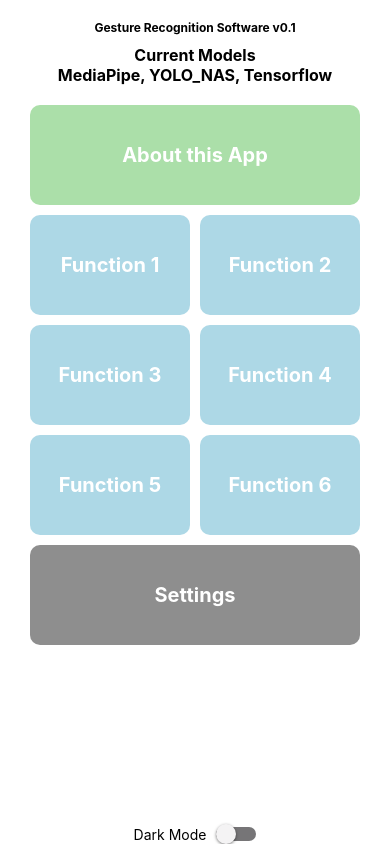
Repository: hajin-park/V-QUIP
Page: / (app in frontend/react-native-app/)
An editor plug-in stored every save of this project. The page is shown before and after the next save, followed by the edit.
The browser window is 390 px wide. The pictures show the whole page.
The app was drawn by React Native's web renderer in a window 390 px wide. The project was rebuilt for these pictures with package versions that can differ from the ones it lists, and the page was loaded fresh each time.

Above is the page before, as saved 2024-04-08 00:22:11.

### frontend/react-native-app/App.js
import React, { useState } from 'react';
import { StatusBar } from 'expo-status-bar';
import { StyleSheet, Text, View, TouchableOpacity, Switch } from 'react-native';

export default function App() {
  const [darkMode, setDarkMode] = useState(false);

  const handleOptionClick = (option) => {
    // Handle click event for the selected option
    console.log(`Function ${option} clicked`);
  };

  return (
    <View style={[styles.container, darkMode && styles.darkContainer]}>
      <Text style={[styles.title, darkMode && styles.darkText]}>Gesture Recognition Software v0.1</Text>
      <View style={styles.infoBox}>
        <Text style={[styles.infoText, darkMode && styles.darkText]}>Current Models</Text>
        <Text style={[styles.infoText, darkMode && styles.darkText]}>MediaPipe, YOLO_NAS, Tensorflow</Text>
      </View>
      <View style={styles.row}>
          <TouchableOpacity style={[styles.box3, darkMode && styles.darkBox]} onPress={() => handleOptionClick(6)}>
            <Text style={[styles.text, darkMode && styles.darkText]}>About this App</Text>
          </TouchableOpacity>
        </View>
      <Text style={[styles.infoText, darkMode && styles.darkText]}></Text>
      <View style={styles.content}>
        <View style={styles.row}>
          <TouchableOpacity style={[styles.box, darkMode && styles.darkBox]} onPress={() => handleOptionClick(1)}>
            <Text style={[styles.text, darkMode && styles.darkText]}>Function 1</Text>
          </TouchableOpacity>
          <TouchableOpacity style={[styles.box, darkMode && styles.darkBox]} onPress={() => handleOptionClick(2)}>
            <Text style={[styles.text, darkMode && styles.darkText]}>Function 2</Text>
          </TouchableOpacity>
        </View>
        <View style={styles.row}>
          <TouchableOpacity style={[styles.box, darkMode && styles.darkBox]} onPress={() => handleOptionClick(3)}>
            <Text style={[styles.text, darkMode && styles.darkText]}>Function 3</Text>
          </TouchableOpacity>
          <TouchableOpacity style={[styles.box, darkMode && styles.darkBox]} onPress={() => handleOptionClick(4)}>
            <Text style={[styles.text, darkMode && styles.darkText]}>Function 4</Text>
          </TouchableOpacity>
        </View>
        <View style={styles.row}>
          <TouchableOpacity style={[styles.box, darkMode && styles.darkBox]} onPress={() => handleOptionClick(5)}>
            <Text style={[styles.text, darkMode && styles.darkText]}>Function 5</Text>
          </TouchableOpacity>
          <TouchableOpacity style={[styles.box, darkMode && styles.darkBox]} onPress={() => handleOptionClick(6)}>
            <Text style={[styles.text, darkMode && styles.darkText]}>Function 6</Text>
          </TouchableOpacity>
        </View>
        <Text style={[styles.infoText, darkMode && styles.darkText]}></Text>

        <View style={styles.row}>
        <TouchableOpacity style={[styles.box2, darkMode && styles.darkBox]} onPress={() => handleOptionClick(5)}>
          <Text style={[styles.text, darkMode && styles.darkText]}>Settings</Text>
        </TouchableOpacity>
    </View>
      </View>
      {/* Settings and About This App boxes */}


      <View style={styles.darkModeSwitchContainer}>
        <Text style={[styles.darkModeText, darkMode && styles.darkText]}>Dark Mode</Text>
        <Switch
          trackColor={{ false: "#767577", true: "#81b0ff" }}
          thumbColor={darkMode ? "#f5dd4b" : "#f4f3f4"}
          ios_backgroundColor="#3e3e3e"
          onValueChange={() => setDarkMode(!darkMode)}
          value={darkMode}
        />
      </View>
      <StatusBar style="auto" />
    </View>
  );
}

const styles = StyleSheet.create({
  container: {
    flex: 1,
    backgroundColor: '#fff',
    paddingHorizontal: 10,
    paddingTop: 20,
  },
  darkContainer: {
    backgroundColor: '#121212',
  },
  title: {
    fontSize: 12,
    fontWeight: 'bold',
    marginBottom: 10,
    textAlign: 'center',
  },
  darkText: {
    color: '#ffffff',
  },
  infoBox: {
    alignItems: 'center',
    marginBottom: 20,
  },
  infoText: {
    fontSize: 16,
    fontWeight: 'bold',
    color: '#000000',
  },
  content: {
    flex: 1,
    alignItems: 'center',
  },
  row: {
    flexDirection: 'row',
    justifyContent: 'center',
    marginBottom: 10,
  },
  box: {
    width: 160,
    height: 100,
    backgroundColor: '#ADD8E6', // Light blue color
    borderRadius: 10, // Rounded edges
    alignItems: 'center',
    justifyContent: 'center',
    marginHorizontal: 5,
  },
  box2: {
    width: 330,
    height: 100,
    backgroundColor: '#8e8e8e', // Light blue color
    borderRadius: 10, // Rounded edges
    alignItems: 'center',
    justifyContent: 'center',
    marginHorizontal: 10,
  },
  box3: {
    width: 330,
    height: 100,
    backgroundColor: '#ABDFA9', // Light blue color
    borderRadius: 10, // Rounded edges
    alignItems: 'center',
    justifyContent: 'center',
    marginHorizontal: 20,
  },
  text: {
    fontSize: 20,
    fontWeight: 'bold',
    color: '#FFFFFF', // White text color
  },
  darkBox: {
    backgroundColor: '#2d2d2d', // Dark gray color
  },
  horizontalContainer: {
    flexDirection: 'row',
    justifyContent: 'space-between',
    marginBottom: 10,
  },
  horizontalBox: {
    width: '70%',
    height: 80,
    backgroundColor: '#ADD8E6', // Light blue color
    borderRadius: 10, // Rounded edges
    alignItems: 'center',
    justifyContent: 'center',
  },
  darkModeSwitchContainer: {
    flexDirection: 'row',
    alignItems: 'center',
    justifyContent: 'center',
  },
  darkModeText: {
    marginRight: 10,
    color: '#000000',
  },
});

After the next save:
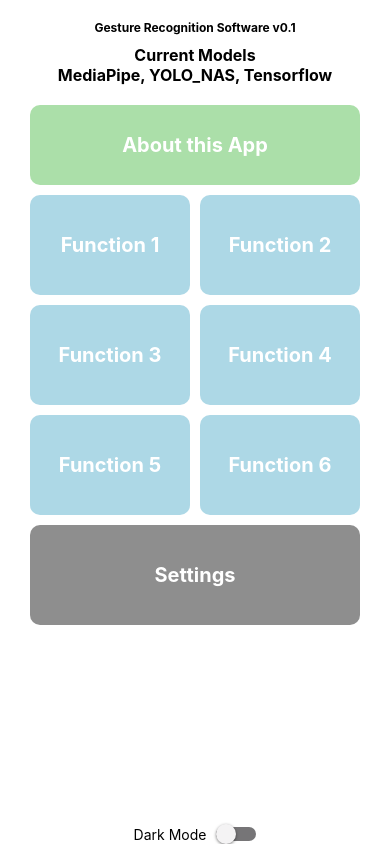
Saved 16 s later.
--- a/frontend/react-native-app/App.js
+++ b/frontend/react-native-app/App.js
@@ -131,7 +131,7 @@ const styles = StyleSheet.create({
   },
   box3: {
     width: 330,
-    height: 100,
+    height: 80,
     backgroundColor: '#ABDFA9', // Light blue color
     borderRadius: 10, // Rounded edges
     alignItems: 'center',
